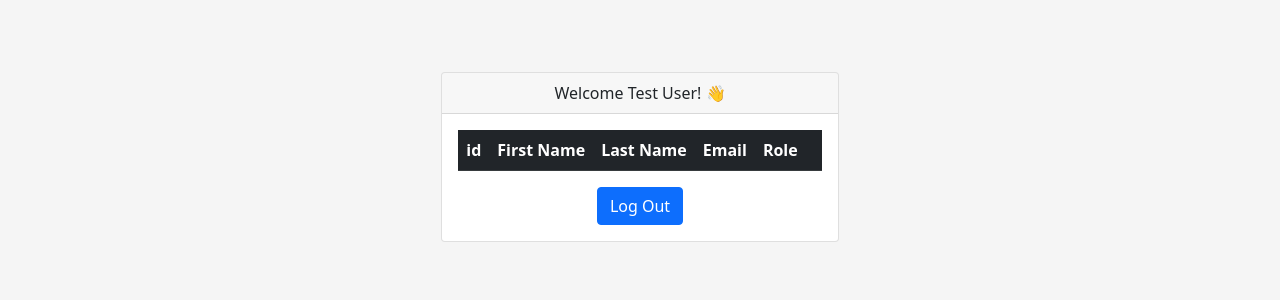
Repository: rabin-bhandari/LOGIN-SIGNUP
Page: http://localhost/welcome.php
These files come from the project's save history. The page is drawn as it stood at one moment and after the next save; the edit follows.
The browser window is 1280 px wide. The pictures show the whole page.
Some web libraries are served in a nearby version. The page is run by PHP 8.4 with error messages shown; the project is at /var/www/html/. The session is filled in as if someone had signed in: {"email": "test@example.com", "first_name": "Test User", "last_name": "Test User", "id": 1, "admin": 1}. Queries for data that is not in the repository find no rows.

Above is the page before, as saved 2022-03-27 22:12:11.

After the next save:
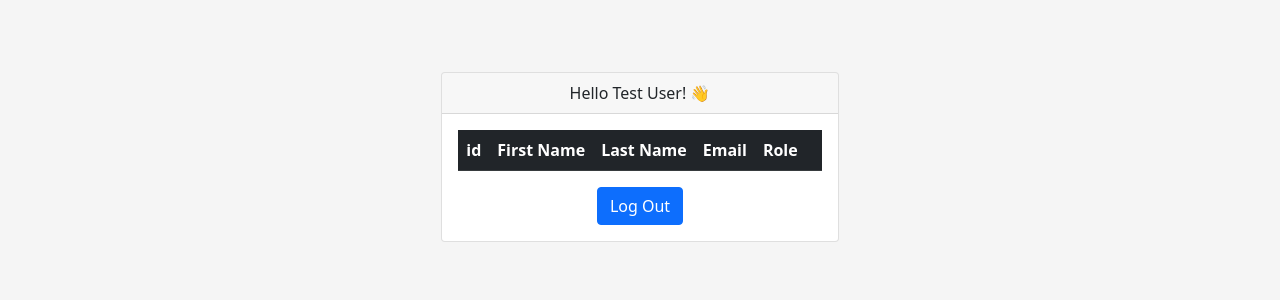
Saved 20 s later.
--- a/welcome.php
+++ b/welcome.php
@@ -28,7 +28,7 @@ if (isset($_SESSION['id']) && isset($_SESSION['email'])) {
       <div class="admin-container">
         <div class="card text-center">
           <div class="card-header">
-            Welcome <?php echo $_SESSION['first_name']; ?>! <span class="wave">👋</span>
+            Hello <?php echo $_SESSION['first_name']; ?>! <span class="wave">👋</span>
 
 
           </div>
